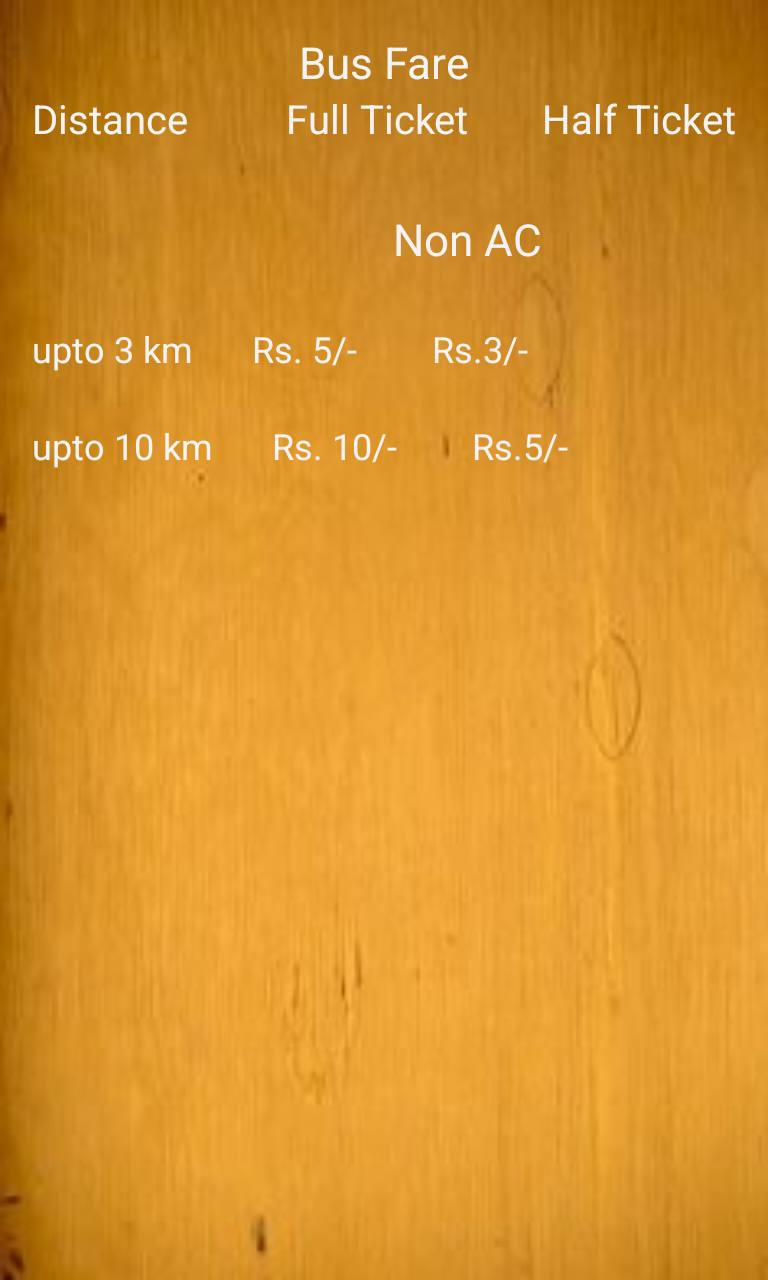
Repository: yogeshwar1996/android-app
Layout: CHD!!@BUSES/res/layout/activity_info.xml
An editor plug-in stored every save of this project. The layout is shown before and after the next save, followed by the edit.
It is drawn on a 768 x 1280 px phone screen (xhdpi) without system bars, with theme android:Theme.Holo; the app's code is not run.

Above is the layout before, as saved 2016-07-11 05:00:12.

After the next save:
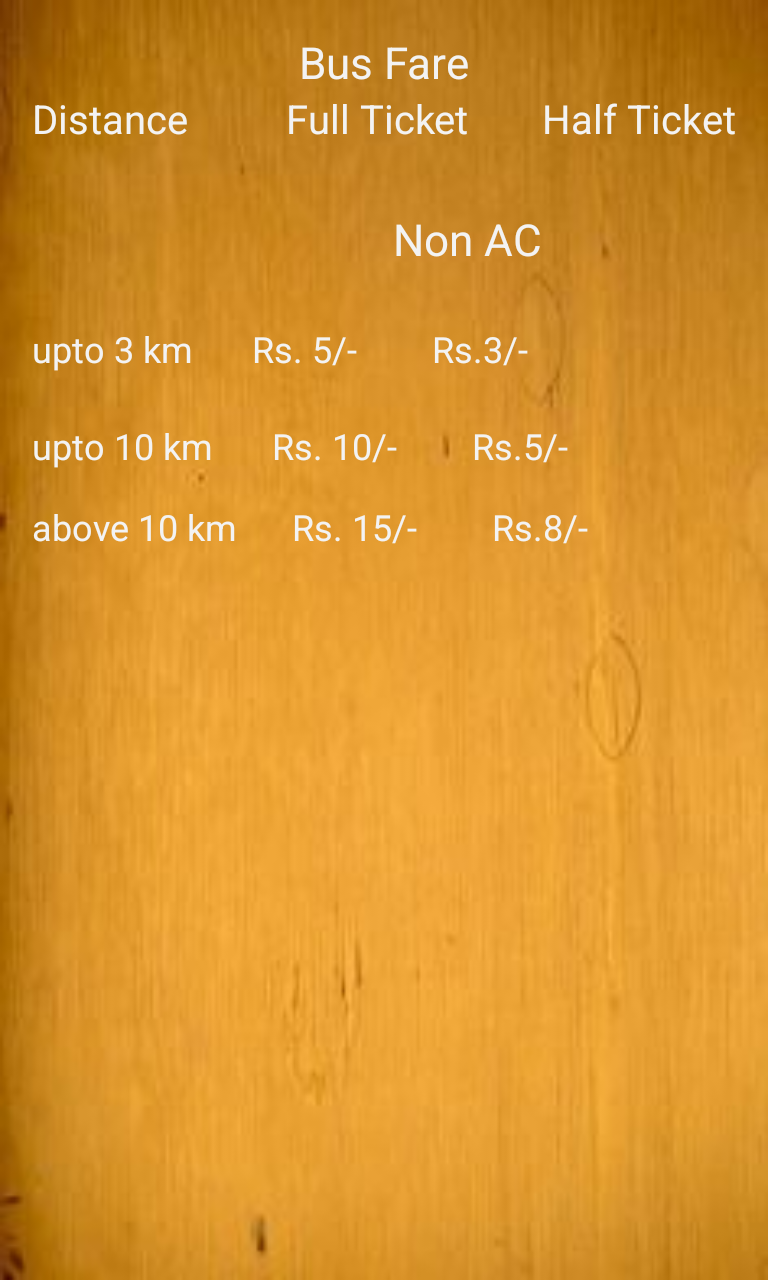
Saved 35 s later.
--- a/CHD!!@BUSES/res/layout/activity_info.xml
+++ b/CHD!!@BUSES/res/layout/activity_info.xml
@@ -79,4 +79,14 @@
         android:text="upto 10 km 			Rs. 10/-				Rs.5/-"
         android:textAppearance="?android:attr/textAppearanceMedium" />
 
+    <TextView
+        android:id="@+id/TextView02"
+        android:layout_width="match_parent"
+        android:layout_height="wrap_content"
+        android:layout_alignLeft="@+id/TextView01"
+        android:layout_below="@+id/TextView01"
+        android:layout_marginTop="16dp"
+        android:text="above 10 km 			Rs. 15/-				Rs.8/-"
+        android:textAppearance="?android:attr/textAppearanceMedium" />
+
 </RelativeLayout>
